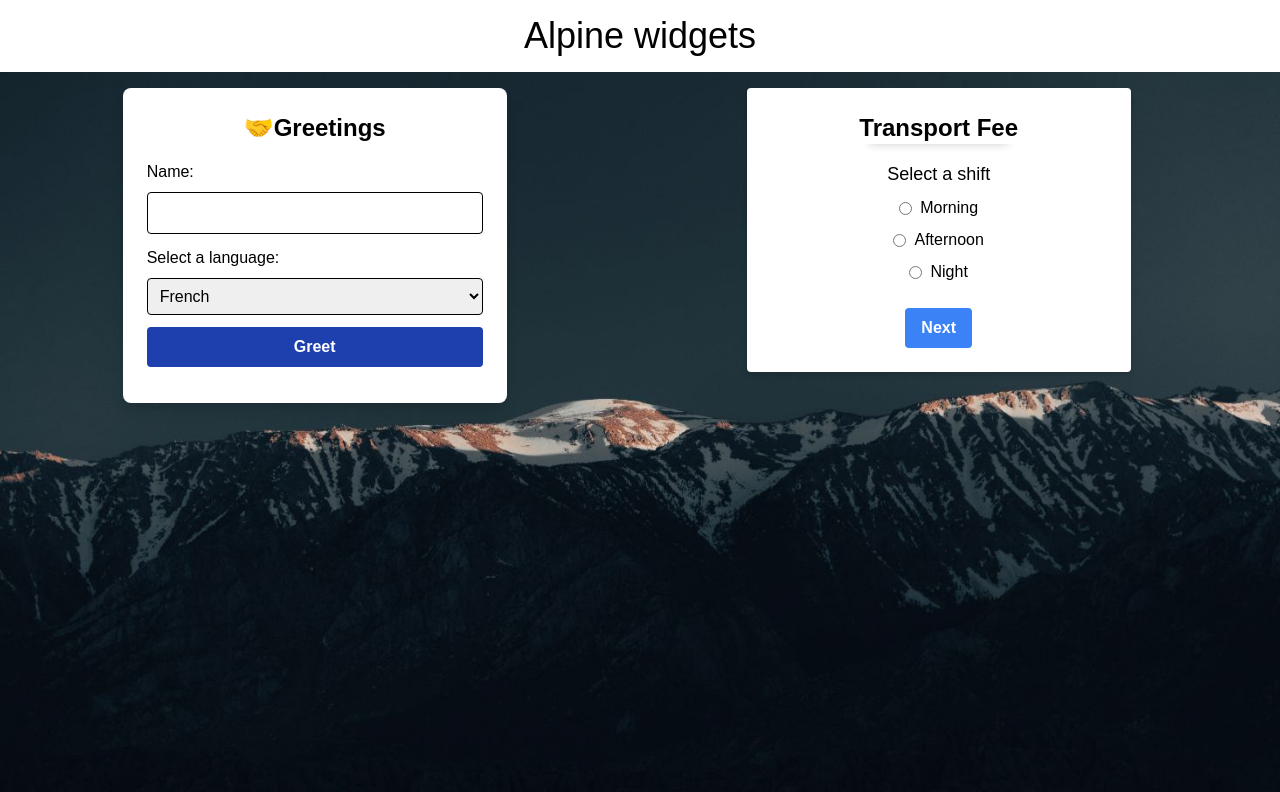
Repository: lasity34/alpine-bootcamp-widgets
Page: index.html
These files come from the project's save history. The page is drawn as it stood at one moment and after the next save; the edit follows.
The browser window is 1280 px wide. The pictures show the whole page.
Some web fonts or font styles are not loaded; a fallback is used. Some web libraries are served in a nearby version.

Above is the page before, as saved 2023-07-12 15:42:04.
Console error: ReferenceError: shift is not defined

After the next save:
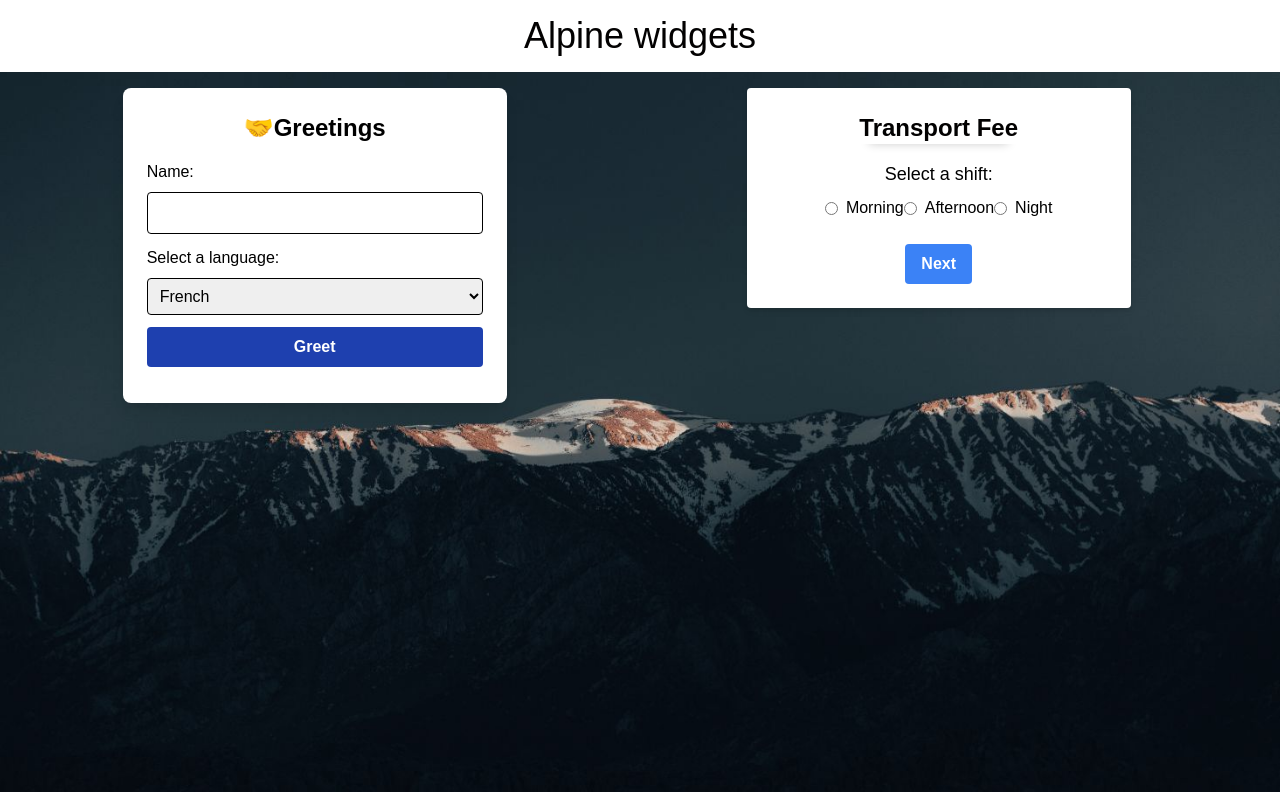
Saved 100 s later.
--- a/index.html
+++ b/index.html
@@ -72,7 +72,9 @@
       <div class="flex flex-col items-center bg-white max-w-sm mt-4 p-6 rounded shadow-md">
         <h1 class="text-2xl font-bold mb-4">Transport Fee</h1>
 
-        <label class="text-lg mb-2">Select a shift</label>
+        <label class="text-lg mb-2">Select a shift:</label>
+        <div class="flex">
+
 
         <div class="flex items-center mb-2">
           <input
@@ -109,7 +111,7 @@
           />
           <label for="night">Night</label>
         </div>
-
+      </div>
         <button
           @click="validate()"
           class="mt-4 bg-blue-500 hover:bg-blue-700 text-white font-bold py-2 px-4 rounded"
